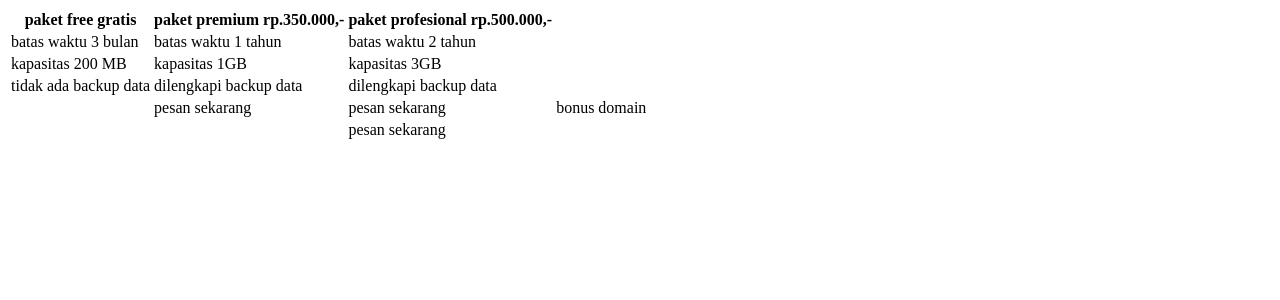
Repository: AHSANS354/tugas-sib5
Page: tugas css/index.html
The author's editor kept a copy of each file at every save. The page is drawn from the files as they stood at one save, then again after the next save.
The browser window is 1280 px wide. The pictures show the whole page.

Above is the page before, as saved 2023-08-29 12:50:38.

After the next save:
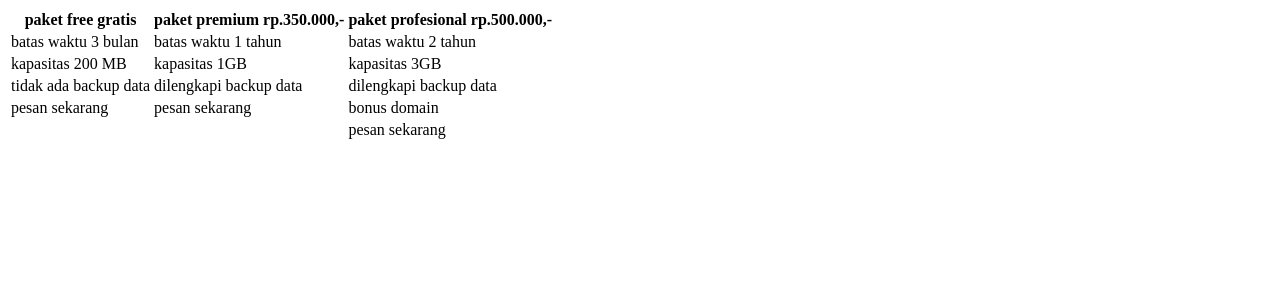
Saved 20 s later.
--- a/tugas css/index.html
+++ b/tugas css/index.html
@@ -8,37 +8,35 @@
   </head>
   <body>
     <table>
-        <tr>
-            <th>paket free gratis</th>
-            <th>paket premium rp.350.000,-</th>
-            <th>paket profesional rp.500.000,-</th>
-        </tr>
-        <tr>
-            <td>batas waktu 3 bulan</td>
-            <td>batas waktu 1 tahun</td>
-            <td>batas waktu 2 tahun</td>
-        </tr>
-        <tr>
-            <td>kapasitas 200 MB</td>
-            <td>kapasitas 1GB</td>
-            <td>kapasitas 3GB</td>
-        </tr>
-        <tr>
-            <td>tidak ada backup data</td>
-            <td>dilengkapi backup data</td>
-            <td>dilengkapi backup data</td>
-        </tr>
-        <tr>
-            <td>
-                <td>pesan sekarang</td>
-                <td>pesan sekarang</td>
-                <td>bonus domain</td>
-            </td>
-        </tr>
-        <tr>
-            <td colspan="2"></td>
-            <td>pesan sekarang</td>
-        </tr>
+      <tr>
+        <th>paket free gratis</th>
+        <th>paket premium rp.350.000,-</th>
+        <th>paket profesional rp.500.000,-</th>
+      </tr>
+      <tr>
+        <td>batas waktu 3 bulan</td>
+        <td>batas waktu 1 tahun</td>
+        <td>batas waktu 2 tahun</td>
+      </tr>
+      <tr>
+        <td>kapasitas 200 MB</td>
+        <td>kapasitas 1GB</td>
+        <td>kapasitas 3GB</td>
+      </tr>
+      <tr>
+        <td>tidak ada backup data</td>
+        <td>dilengkapi backup data</td>
+        <td>dilengkapi backup data</td>
+      </tr>
+      <tr>
+        <td>pesan sekarang</td>
+        <td>pesan sekarang</td>
+        <td>bonus domain</td>
+      </tr>
+      <tr>
+        <td colspan="2"></td>
+        <td>pesan sekarang</td>
+      </tr>
     </table>
   </body>
 </html>
